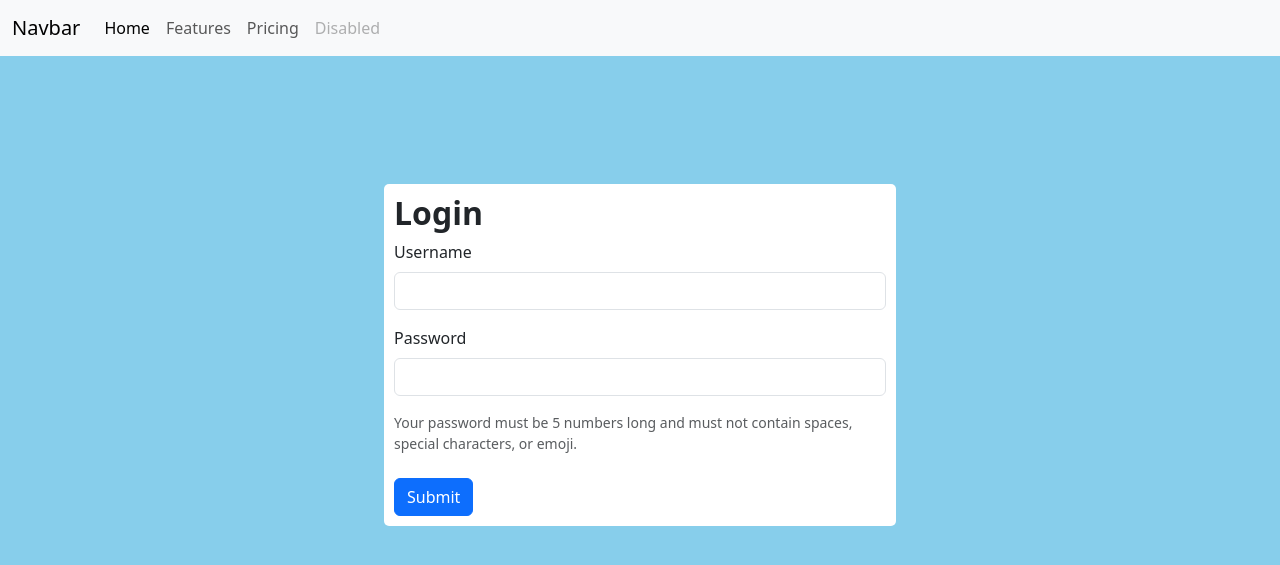
Repository: sarathraj2002/todo-list
Page: login.html
These files come from the project's save history. The page is drawn as it stood at one moment and after the next save; the edit follows.
The browser window is 1280 px wide. The pictures show the whole page.

Above is the page before, as saved 2024-09-05 11:20:24.

After the next save:
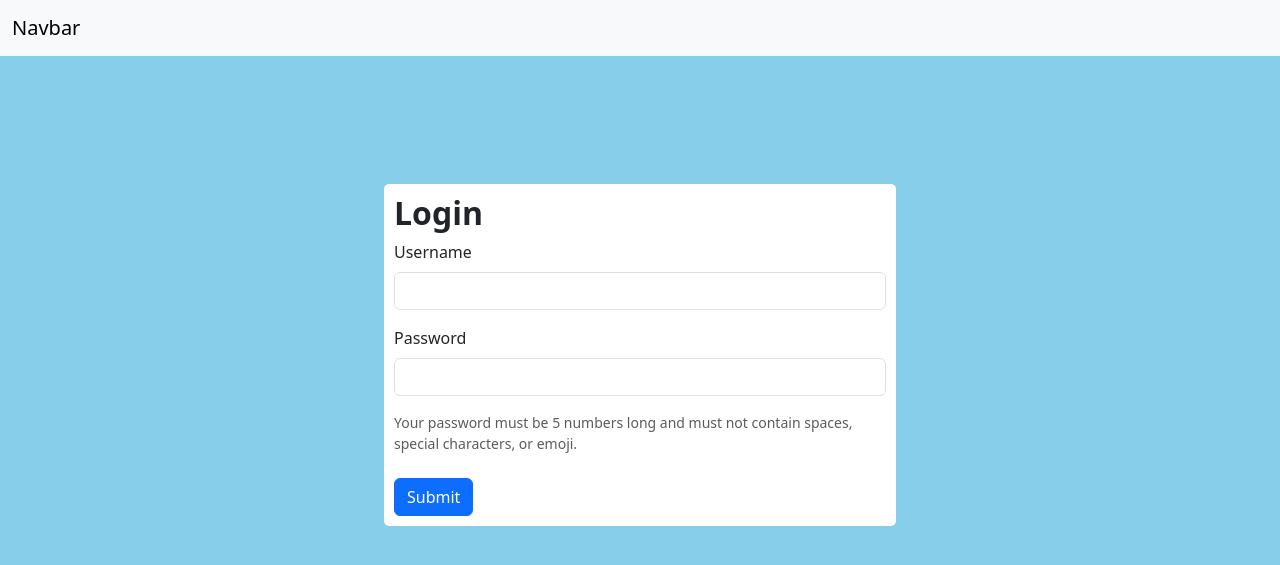
Saved 2 min 20 s later.
--- a/login.html
+++ b/login.html
@@ -14,22 +14,7 @@
           <button class="navbar-toggler" type="button" data-bs-toggle="collapse" data-bs-target="#navbarNav" aria-controls="navbarNav" aria-expanded="false" aria-label="Toggle navigation">
             <span class="navbar-toggler-icon"></span>
           </button>
-          <div class="collapse navbar-collapse" id="navbarNav">
-            <ul class="navbar-nav">
-              <li class="nav-item">
-                <a class="nav-link active" aria-current="page" href="#">Home</a>
-              </li>
-              <li class="nav-item">
-                <a class="nav-link" href="#">Features</a>
-              </li>
-              <li class="nav-item">
-                <a class="nav-link" href="#">Pricing</a>
-              </li>
-              <li class="nav-item">
-                <a class="nav-link disabled" aria-disabled="true">Disabled</a>
-              </li>
-            </ul>
-          </div>
+
         </div>
       </nav>
 
